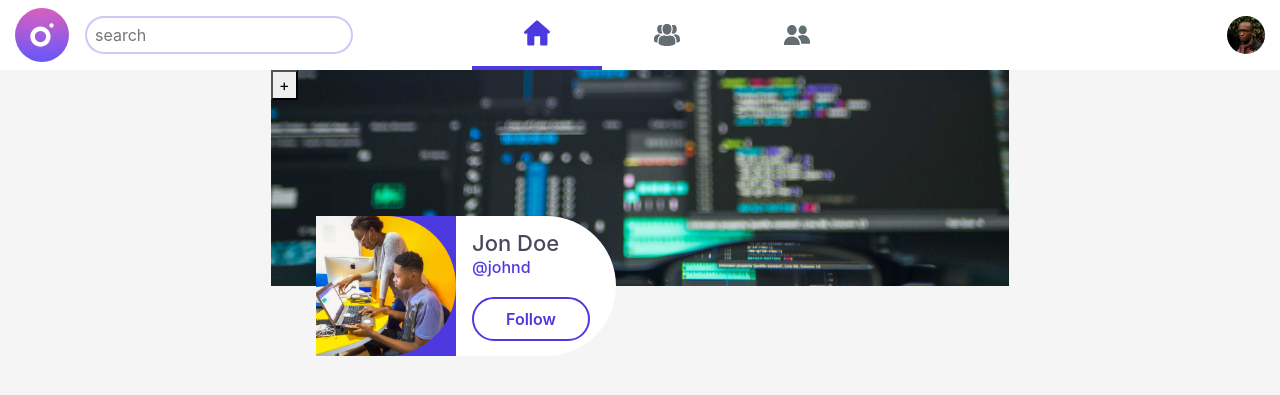
Repository: Flovet-stack/memic
Page: admin-profile.html
An editor plug-in stored every save of this project. The page is shown before and after the next save, followed by the edit.
The browser window is 1280 px wide. The pictures show the whole page.
Some web fonts or font styles are not loaded; a fallback is used.

Above is the page before, as saved 2020-10-27 23:19:27.
Console error: TypeError: Cannot read properties of undefined (reading 'fn')

### admin-profile.html
<!DOCTYPE html>
<html lang="en">
<head>
    <meta charset="UTF-8">
    <meta name="viewport" content="width=device-width, initial-scale=1.0">
    <link rel="icon" type="image/png" sizes="32x32" href="assets/images/faceit.svg">
    <!-- custom styles -->
    <link rel="stylesheet" href="css/home.css">
    <link rel="stylesheet" href="css/admin-profile.css">

    <!-- custom fonts -->
    <link rel="stylesheet" href="/usr/share/fonts/opentype/malayalam/Manjari-Regular.otf">

    <!-- bootstrap css styles -->
    <link rel="stylesheet" href="dist/css/bootstrap.min.css">
    <title>memes | Home</title>
</head>
<body>
    <!-- start of the home page design template -->

    <!-- start of the head section of the page -->
    <div class="home-head container-fluid">
        <div class="row">
            <div class="home-head-sec-1">
                <div class="logo"><img src="assets/images/faceit.svg" alt=""></div>
                <form>
                    <input data-toggle="tooltip" title="search" type="text" name="" id="" placeholder="search">
                </form>
            </div>
            <div class="home-head-sec-2">
                <a data-toggle="tooltip" title="Home" class="active" href="#">
                    <img class="primary-icon" src="assets/icons/house.svg" alt="">
                    <img class="secondary-icon" src="assets/icons/house-primary.svg" alt="">
                </a>
                <a data-toggle="tooltip" title="Groups" href="#">
                    <img class="primary-icon" src="assets/icons/user-group.svg" alt="">
                    <img class="secondary-icon" src="assets/icons/user-group-primary.svg" alt="">
                </a>
                <a data-toggle="tooltip" title="Friends" href="#">
                    <img class="primary-icon" src="assets/icons/friends.svg" alt="">
                    <img class="secondary-icon" src="assets/icons/friends-primary.svg" alt="">
                </a>
            </div>
            <div class="home-head-sec-3">
                <div class="user-menu">
                    <img src="assets/images/avatar.jpg" alt="">
                </div>
            </div>
        </div>
    </div>
    <!-- end of the head section of the page -->
    <!-- start of the body section of the page -->
    <div class="home-body container-fluid">
        <div class="row">
            <div class="home-center">
                <div class="container-fluid">
                    <div class="profile-card">
                        <div class="profile-cover" style="background: url(assets/images/kevin-ku-w7ZyuGYNpRQ-unsplash.jpg);">
                            <div class="profile-info">
                                <div class="profile-info-pic"><img src="assets/images/Pic.jpg" alt=""></div>
                                <div class="profile-info-details">
                                    <h3>Jon Doe</h3>
                                    <h5>@johnd</h5>
                                    <button class="follow-btn">Follow</button>
                                </div>
                            </div>
                            <button class="change-cover-photo">+</button>
                        </div>
                    </div>
                </div>
            </div>
        </div>
    </div>
    <!-- end of the head section of the page -->

    <!-- end of the home page design template -->

    <script src="dist/js/bootstrap.min.js"></script>
    <script src="https://code.jquery.com/jquery-3.5.1.slim.min.js"
        integrity="sha384-DfXdz2htPH0lsSSs5nCTpuj/zy4C+OGpamoFVy38MVBnE+IbbVYUew+OrCXaRkfj"
        crossorigin="anonymous"></script>
</body>
</html>

### css/home.css
@import 'main-styles.css';
@import 'user-card.css';
@import 'post-card.css';

.home-head {
    width: 100vw;
    height: 70px;
    /* background-color: var(--white-shade-1); */
    background-color: var(--white) !important;
    /* border-bottom: var(--border); */
    padding: var(--padding-1) var(--padding-3);
    position: fixed;
    z-index: 9;
}
.home-head .row {
    text-align: center;
    justify-content: space-between;
}
.home-head-sec-1 {
    width: calc((100vw - 740px) / 2);
    height: calc(70px - (var(--padding-1) * 2));
    display: flex;
}
.home-head-sec-1 .logo {
    height: 100%;
    width: auto;
    display: grid;
    align-items: center;
    justify-content: center;
}
.home-head-sec-1 .logo img {
    height: calc(70px - (var(--padding-1) * 2));
    width: calc(70px - (var(--padding-1) * 2));
}
.home-head-sec-1 form {
    height: 100%;
    width: auto;
    display: grid;
    align-items: center;
    margin-left: var(--padding-2);
}
.home-head-sec-1 form input {
    height: 70%;
    width: auto;
    display: grid;
    justify-content: center;
    outline: none;
    padding: 0 var(--padding-1);
    border: 2px solid var(--secondary-overlay);
    border-radius: var(--border-radius);
    transition-duration: var(--duration);
}
.home-head-sec-1 form input:focus {
    border: 3px solid var(--secondary-overlay);
    transition-duration: var(--duration);
    height: 85%;
}
.home-head-sec-2 {
    height: calc(70px - (var(--padding-1) * 2));
    max-width: 740px;
    width: 740px;
    display: flex;
    align-items: center;
    justify-content: center;
}
.home-head-sec-2 a {
    width: 130px;
    height: 100%;
    display: flex;
    align-items: center;
    justify-content: center;
    outline: none;
    border-radius: var(--border-radius);
    transition-duration: var(--duration);
}
.home-head-sec-2 a:hover {
    background-color: var(--white-shade-1);
    transition-duration: var(--duration);
}
.home-head-sec-2 a img{
    width: 20%;
}
.home-head-sec-3 {
    text-align: right;
    display: grid;
    align-content: center;
    /* background-color: red; */
    width: calc((100vw - 740px) / 2.5);
    height: calc(70px - (var(--padding-1) * 2));
}
.secondary-icon{
    display: none;
}
.home-head-sec-2 a.active {
    height: 70px !important;
    border-radius: 0 !important;
    background-color: transparent;
    border-bottom: 4px solid var(--secondary-color);
}
.home-head-sec-2 .active:hover {
    background-color: transparent !important;
}
.active .secondary-icon {
    display: block;
}
.active .primary-icon {
    display: none;
}
.home-head-sec-3 .user-menu img {
    width: calc(70px - (var(--padding-2) * 2));
    height: calc(70px - (var(--padding-2) * 2));
    border-radius: var(--circular-radius);
}
/* @media (min-width: 768px) {
  .container {
    max-width: 720px;
  }
}

@media (min-width: 992px) {
  .container {
    max-width: 960px;
  }
}

@media (min-width: 1200px) {
  .container {
    max-width: 1140px;
  }
} */

/* start of the home body section */
.home-body {
    width: 100vw;
    /* height: calc(100vh - 70px); */
}
.home-left {
    width: 20vw;
    height: calc(100vh - 70px);
    padding: var(--padding-2);
    position: fixed;
    top: 70px;
    left: 0;
    background-color: var(--white);
}
.home-center {
    /* border-top: var(--border); */
    position: absolute;
    left: 20vw;
    top: 70px;
    width: 60vw;
    height: auto;
    box-sizing: border-box !important;
}
.home-center-sub {
    margin: var(--padding-2) auto;
    width: 75% !important;
    min-width: 430px;
}
.home-right {
    width: 20vw;
    height: calc(100vh - 70px);
    background-color: var(--white);
    position: fixed;
    top: 70px;
    right: 0;
    padding: var(--padding-2);
}
/* end of the home body section */
/* start of the home left section */
.home-left .user-card {
    width: 100%;
}
.home-left .user-card:hover {
    background-color: var(--transparent-overlay);
}
.home-left .user-card .card-time {
    display: none;
}
#home-left-nav-1 {
    width: 100%;
    height: auto;
    margin-top: var(--padding-3) !important;
    padding: 0;
}
.home-left ul {
    width: 100%;
    height: auto;
}
.home-left .nav-item {
    list-style-type: none;
    width: 100%;
    height: auto;
}
.home-left .nav-link {
    width: 100%;
    height: auto;
    font-size: var(--font-size-2);
    border-radius: var(--border-radius);
    background-color: transparent;
    color: var(--text-color);
    font-weight: 500;
    display: flex;
    transition: var(--duration);
}
.home-left .nav-link:hover {
    background-color: var(--transparent-overlay);
    transition: var(--duration);
}
.home-left .nav-link .nav-link-icon {
    width: 15%;
    display: flex;
    justify-content: right;
    align-items: center;
}
.home-left .nav-link .nav-link-detail {
    width: 80% !important;
    /* background-color: rgba(172, 255, 47, 0.596); */
    display: grid;
    align-items: center;
}
.nav-link-detail-text {
    font-size: var(--font-size-2);
    line-height: 18px;
}
.nav-link-detail-info {
    font-size: calc(var(--font-size-1) - 2px);
    line-height: 15px;
    color: var(--secondary-color);
}
.nav-link-icon img {
    width: 40px;
    height: 40px;
}
.home-left hr {
    width: 100%;
    border: none;
    height: 3px;
    background-color: var(--white-shade-2);
}
#home-left-nav-2 h6 {
    color: var(--text-color);
    font-weight: 600;
}
#home-left-footer {
    width: 100%;
    height: au;
    position: absolute;
    top: 100%;
    transform: translateY(-100%);
}
#home-left-footer ul {
    width: 100%;
    height: auto;
    padding: 0 !important;
    padding: 0 5px;
}
#home-left-footer li {
    display: inline-block;
    list-style-type: none;
    color: var(--border-color);
}
#home-left-footer li::after {
    content: '.';
    position: absolute;
    bottom: 50%;
    padding-left: 5px;
}
#home-left-footer li:last-child::after {
    content: '';
}
#home-left-footer a {
    color: var(--dark-overlay);
    font-size: calc(var(--font-size-1) - 3px);
}
#home-left-footer a:hover {
    color: var(--dark-overlay)
}
/* end of the home left section */
/* Start of the status section */
.home-center-top {
    width: 59.2vw;
    height: 3px;
    background-color: var(--white-shade-2);
    position: fixed;
    margin: 0 !important;
    z-index: 9;
    /* padding-top: var(--padding-2); */
}
.status-section {
    width: auto;
    height: 250px;
    display: flex;
    margin-bottom: var(--padding-2);
    transition-duration: var(--duration);
    padding: 0 !important;
}
.status-section:hover {
    transition-duration: var(--duration);
}
.status {
    width: 160px;
    height: 100%;
    border-radius: var(--border-radius);
    background-color: var(--white-shade-2);
    margin-right: var(--padding-1);
    background-repeat: no-repeat !important;
    background-position: center !important;
    background-size: cover !important;
    transition-duration: var(--duration);
}
.status:hover {
    position: relative;
    transform: scale(1.03);
    z-index: 2;
    transition-duration: var(--duration);
}
.status:hover .status-sub {
    background-color: var(--secondary-overlay);
    transition-duration: var(--duration);
}
.status-sub {
    padding-top: var(--padding-2);
    width: 100%;
    height: 100%;
    border-radius: var(--border-radius);
    background: linear-gradient( 130deg, var(--dark-overlay), transparent);
    transition-duration: var(--duration);
}
.status-sub .user-card {
    margin: 0 auto;
    transform: scale(.9);
}
.status-sub .user-card-pic {
    border: 3px solid var(--secondary-color);
}
.status-sub .username,
.status-sub .card-time {
    color: var(--white);
}
/* end of the status section */
/* Start of the right sidebar section */
.home-right .event-section {
    width: 100%;
    height: auto;
}
.right-sidebar-event {
    width: 100%;
    height: auto;
    background-color: transparent;
    display: flex;
    /* transform: scale(.97); */
    border-radius: calc(var(--border-radius));
    transition-duration: var(--duration);
    text-decoration: none;
}
.right-sidebar-event:hover {
    background-color: var(--white-shade-1);
    transition-duration: var(--duration);
    text-decoration: none;
}
.right-sidebar-event-img {
    width: 35%;
    height: auto;
    transform: scale(.9);
}
.right-sidebar-event-img img {
    width: 100%;
    border-radius: calc(var(--border-radius));
}
.right-sidebar-event-details {
    width: 65%;
    display: grid;
    align-content: center;
    padding-left: var(--padding-1);
    color: var(--text-color)
}
.right-sidebar-event-details h5 {
    font-size: var(--font-size-2);
    line-height: .5;
    font-weight: 600;
}
.right-sidebar-event-details h6 {
    font-size: var(--font-size-1);
}
.home-right hr {
    width: 100%;
    border: none;
    height: 3px;
    background-color: var(--white-shade-2);
}
.home-right-notification {
    width: 100%;
    height: auto;
}
.home-right-notification h6 {
    margin-top: var(--padding-2);
    color: var(--text-color);
}
.notification-reply {
    margin-top: var(--padding-1);
    width: 100%;
    height: auto;
    display: flex;
    justify-content: space-between;
}
.notification-reply button {
    width: 49%;
    height: 40px;
    border-radius: var(--border-radius);
    border: none;
    color: var(--text-color);
    transition-duration: var(--duration);
    font-weight: 600;
    outline: none !important;
}
.notification-reply button:hover {
    background-color: var(--white-shade-1);
    transition-duration: var(--duration);
}
.notification-reply button.confirm-request {
    background-color: var(--secondary-color);
    color: var(--white);
    transition-duration: var(--duration);
}
.notification-reply button.confirm-request:hover {
    background-color: var(--secondary-overlay);
    transition-duration: var(--duration);
    color: var(--text-color);
}
/* end of the right sidebar section */

@media (max-width: 768px) {
    .home-head-sec-2 {
        margin: 0 auto;
        width: 340px;
    }
    .home-head-sec-1 form,
    .home-head-sec-3 {
        width: 0px;
        display: none;
        margin: 0 auto;
    }
    .home-head-sec-1 .logo img {
        height: calc(70px - (var(--padding-2) * 2));
        width: calc(70px - (var(--padding-2) * 2));
    }
    .status-section {
        display: none;
    }
    .home-center {
        width: 100vw;
        position: absolute;
        left: 0;
    }
    .post-card {
        width: 100%;
        margin: var(--padding-2) auto;
    }
    .home-right,
    .home-left {
        display: none;
        width: 0px;
    }
}

@media (min-width: 992px) {
    /* .post-card {
        width: 960px;
    } */
}

@media (min-width: 1200px) {
}

### css/admin-profile.css
.profile-card {
    width: 100%;
    height: auto;
    background-color: red;
}
.profile-cover {
    width: 100%;
    height: 30vh;
    background-color: blue;
    background-size: 100% !important;
    background-position: center !important;
}
.profile-info {
    width: 300px;
    height: 140px;
    background-color: var(--white);
    position: absolute;
    top: 100%;
    transform: translate(15%, -50%);
    display: flex;
    /* border-radius: 70px; */
    border-top-right-radius: 70px;
    border-bottom-right-radius: 70px;
}
.profile-info-pic {
    width: 140px;
    height: 140px;
    background-color: var(--secondary-color);
}
.profile-info-pic img {
    width: 100%;
    height: 100%;
    border-top-right-radius: var(--circular-radius);
    border-bottom-right-radius: var(--circular-radius);
}
.profile-info-details {
    padding: var(--padding-2);
}
.profile-info-details h3 {
    color:var(--text-color);
    font-size: var(--font-size-4);
    line-height: 1;
}
.profile-info-details h5 {
    color:var(--secondary-color);
    font-size: var(--font-size-1);
    line-height: .7;
}
.profile-info-details .follow-btn {
    margin-top: var(--padding-2);
}

### css/main-styles.css
:root {
    /* color palette */
    --white: #fff;
    /* --white: #1e272e !important; */
    --white-shade-0: rgb(253, 253, 253);
    --white-shade-1: #f0f8ff;
    --white-shade-2: #ececec79;
    --white-shade-3: #d0d0d0;
    --border-color: #b2bec3;
    --primary-color: #636E72;
    /* --secondary-color: #6c5ce7; */
    --secondary-color: #4d39e0;
    --secondary-overlay: #4d39e046;
    /* --secondary-overlay: #6c5ce746; */
    --red: #d63031;
    /* --red: #970f3c; */
    --dark-overlay: rgba(10, 2, 19, 0.479);
    --transparent-overlay: #ebf6ff;
    --transparent-overlay-2: #d0d0d059;

    /* text-editing */
    --font-size-1: 16px;
    --font-size-2: 18px;
    --font-size-3: 20px;
    --font-size-4: 22px;
    --normal: 400;
    --light: 200;
    --thick: 600;
    --font-family: Manjari;
    --text-color: rgb(73, 72, 93);
    /* --text-color: #fff; */

    /* box-styling */
    --padding-1: .5rem;
    --padding-2: 1rem;
    --padding-3: 2rem;
    --border-radius: 50px;
    --circular-radius: 50%;
    --border: 2px solid var(--white-shade-2);

    /* animations */
    --duration: .5s;
}

body {
    box-sizing: border-box;
    font-family: var(--font-family);
    overflow-x: hidden;
    background-color: var(--white-shade-2) !important;
}
.row {
    margin-right: 0 !important;
    margin-left: 0 !important;
}
a {
    outline: none !important;
}
.follow-btn {
    border: 2px solid var(--secondary-color);
    background: var(--whi);
    padding: var(--padding-1) var(--padding-3);
    border-radius: var(--border-radius);
    color: var(--secondary-color);
    transition-duration: var(--duration);
    font-weight: 600;
}
.follow-btn:hover {
    background-color: var(--secondary-color);
    color: var(--white);
    transition-duration: var(--duration);
}

### css/user-card.css
/* start of the user card styling */
.user-card {
    width: 150px;
    height: 50px;
    display: flex;
    color: var(--white);
    text-decoration: none;
    border-radius: var(--border-radius);
    transition-duration: var(--duration);
}
.user-card:hover {
    text-decoration: none;
    background-color: var(--transparent-overlay-2);
    transition-duration: var(--duration);
}
.user-card-pic {
    width: 50px;
    height: 50px;
    border-radius: var(--circular-radius);
    background-repeat: no-repeat !important;
    background-position: center !important;
    background-size: cover !important;
}
.user-card-detail {
    width: auto;
    height: 50px;
    padding-left: var(--padding-1);
    color: var(--text-color);
    display: grid;
    align-content: center;
}
.username {
    font-size: var(--font-size-2);
    font-weight: 600;
}
.card-time {
    font-size: var(--font-size-1);
    color: var(--secondary-color);
}
/* end of the user card styling */

### css/post-card.css
.post-card {
    width: 80%;
    margin: var(--padding-2) auto;
    background-color: var(--white);
    border-radius: var(--border-radius);
    padding: var(--padding-2) 0;
    /* background-color: var(--transparent-overlay); */
    background-color: var(--white);
    border: var(--border);
}
.post-card .user-card {
    margin-left: var(--padding-2);
}
/* .post-card .user-card:hover {
    background-color: var(--secondary-overlay);
} */
.post-card img {
    width: 100%;
}
.post-img {
    transform: scale(.97);
    border-radius: var(--border-radius) !important;
    background-color: var(--transparent-overlay);
}
.post-card-footer {
    margin-top: var(--padding-1);
    padding: 0 var(--padding-2);
    width: 100%;
    display: flex;
    height: auto;
}
.react,
.actions {
    width: 50%;
    height: 50px;
    display: grid;
    align-items: center;
}
.react-sub,
.actions-sub {
    width: 100%;
    height: 100%;
    display: flex;
    text-align: left;
}
.actions-sub {
    flex-direction: row-reverse;
}
.actions-sub a {
    flex-direction: row-reverse;
    margin-right: 0 !important;
    margin-left: var(--padding-1) !important;
}
.react-sub a,
.actions-sub a {
    width: 50px;
    height: 50px;
    background-color: transparent;
    margin-right: var(--padding-1);
    display: flex;
    align-items: center;
    justify-content: center;
    border-radius: var(--circular-radius);
}
.react-sub a img,
.actions-sub a img {
    width: 60%;
    height: auto;
    padding: 0 !important;
    transition-duration: var(--duration);
    border-radius: none !important;
}
.react-sub a:hover,
.actions-sub a:hover {
    background-color: var(--secondary-overlay);
    transition-duration: var(--duration);
}
.react-sub .dislike img{
    transform: rotatez(180deg) !important;
}
.share-options {
    height: auto;
    /* width: 0px; */
    width: calc((30px * 4) + ((var(--padding-1) * 2) * 6));
    background-color: var(--white);
    border-radius: var(--border-radius);
    padding:  var(--padding-1);
    /* box-shadow: 4px 4px 10px 3px var(--white-shade-2); */
    position: absolute;
    /* left: 100px; */
    margin-top: -60px;
    /* margin-left: 200px; */
    transform: scale(.9);
    transition-duration: 1s;
}
.share-options ul {
    width: auto;
    padding: 0 !important;
    margin: 0 !important;
}
.share-options li {
    width: auto;
    display: inline-block;
}
.share-options a{
    padding: var(--padding-1);
    /* background-color: red; */
}
.share-options a:hover {
    background-color: transparent;
}
.share-options a img{
    width: 30px;
    height: 30px;
    padding: .2rem !important;
    transition-duration: var(--duration);
}
.share-options a img:hover {
    transform: scale(1.3);
    transition-duration: var(--duration);
}
.share-icon {
    transition-duration: 1s
}
.share-icon:hover ~ .share-options {
    transition-duration: 1s;
    transform: scale(1);
}

.comment-section {
    width: 100%;
    padding: 0 var(--padding-2);
}
.comment-section h4 {
    font-size: var(--font-size-1);
    color: var(--text-color);
    font-weight: 600;
    margin-bottom: var(--padding-2);
}
.comment-form {
    display: flex;
    justify-content: space-between;
    margin-bottom: var(--padding-3);
}
.comment-form img {
    width: 50px;
    height: 50px;
    padding: 0 !important;
    border-radius: var(--circular-radius);
    margin-right: var(--padding-2);
}
.comment-form textarea {
    width: 75%;
    height: 50px;
    outline: none;
    font-size: var(--font-size-2);
    color: var(--text-color);
    padding: var(--padding-1) var(--padding-2);
    border: 1px solid var(--white);
    border-radius: var(--border-radius);
    transition-duration: var(--duration);
    margin-right: var(--padding-1);
    background-color: var(--white-shade-2);
}
.comment-form textarea:hover {
    border: 1px solid var(--secondary-overlay);
    transition-duration: var(--duration);
}
.comment-form textarea:focus {
    border: 1px solid var(--secondary-overlay);
    background-color: var(--white);
    transition-duration: var(--duration);
}
.comment-form button {
    outline: none !important;
    background-color: var(--secondary-overlay);
    border: none;
    border-radius: var(--circular-radius);
    color: var(--white);
    transition-duration: var(--duration);
}
.comment-form button:hover {
    outline: none;
    background-color: var(--secondary-color);
    transition-duration: var(--duration);
}
.comment {
    width: 95%;
    margin: 0 auto;
    height: auto;
    /* border-bottom: var(--border); */
}
.comment .user-card {
    margin: 0 !important;
}
.comment .user-card-pic {
    width: 30px;
    height: 30px;
    margin-top: 10px;
}
.comment .username {
    font-size: var(--font-size-1);
    line-height: .5;
}
.comment .card-time {
    font-size: calc(var(--font-size-1) - 2px) !important;
    /* line-height: .5; */
}
.comment .comment-content p {
    width: auto;
    height: auto;
    color: var(--text-color);
    margin: 0 calc(var(--padding-1) * 7);
    background-color: var(--white-shade-1);
    padding: var(--padding-1) var(--padding-3);
    border-radius: var(--border-radius);

    /* line-height: 5px; */
}
.comment .comment-like {
    height: 20px;
    font-size: calc(var(--font-size-1) - 2px);
    padding: 0 var(--padding-1);
    border-radius: var(--border-radius);
    position: relative;
    border: none;
    outline: none;
    /* bottom: 100%; */
    left: calc(100% - ((var(--padding-1) * 7) + 1.5rem));
    background-color: var(--secondary-color);
    color: var(--white);
    transition-duration: var(--duration);
    transform: translateY(-125%);
    display: flex;
    align-items: center;
    justify-content: center;
}
.comment .comment-like:hover {
    padding: 0 calc(var(--padding-1) + .1rem);
    transition-duration: var(--duration);
    background-color: var(--secondary-overlay);
}
.comment .comment-like img {
    width: 15px;
    height: 15px;
    margin-left: .3rem;
    transform: translateY(-1.5px);
}

/* @media (min-width: 768px) {
}

@media (min-width: 992px) {
}

@media (min-width: 1200px) {
} */

Loaded but not shown: dist/css/bootstrap.min.css (library); dist/js/bootstrap.min.js (library)

After the next save:
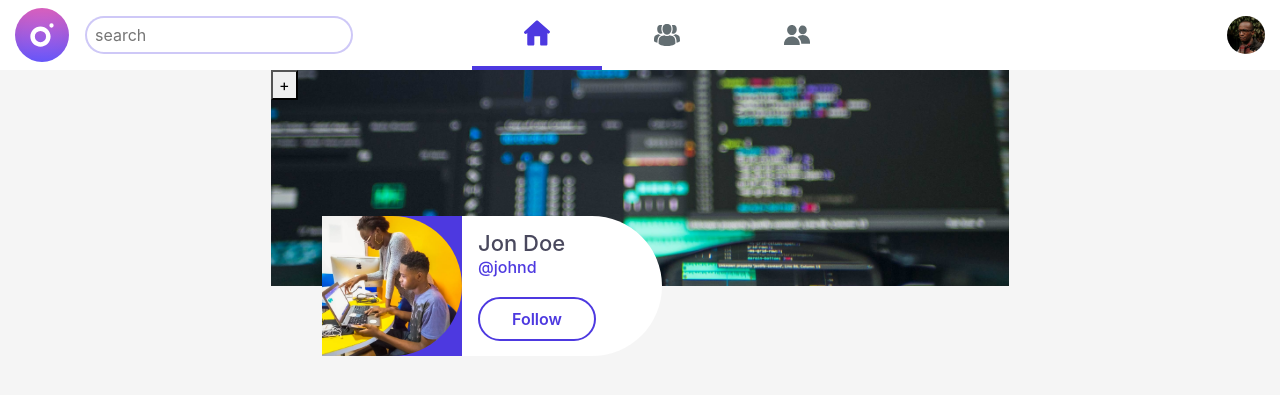
Saved 4 s later.
--- a/css/admin-profile.css
+++ b/css/admin-profile.css
@@ -11,7 +11,7 @@
     background-position: center !important;
 }
 .profile-info {
-    width: 300px;
+    width: 340px;
     height: 140px;
     background-color: var(--white);
     position: absolute;
